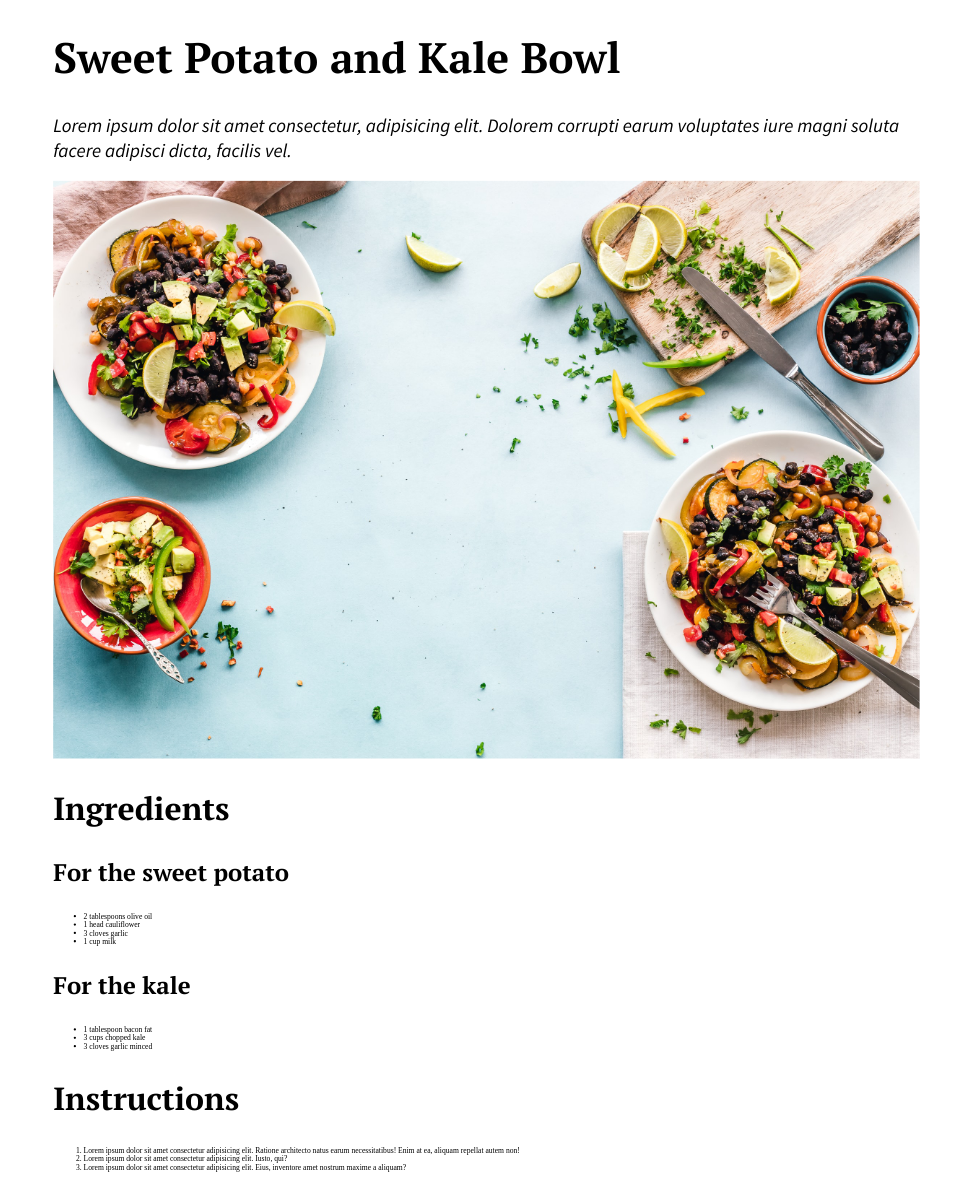
Repository: ZhenyaKu/recipe-art-pages
Page: index.html
The author's editor kept a copy of each file at every save. The page is drawn from the files as they stood at one save, then again after the next save.
The browser window is 1280 px wide. The pictures show the whole page, at 76% of full size.

Above is the page before, as saved 2021-03-15 00:10:28.

### index.html
<!DOCTYPE html>
<html lang="en">
	<head>
		<title>Card</title>
		<meta charset="UTF-8" />
		<meta name="viewport" content="width=device-width, initial-scale=1.0" />
		<link rel="stylesheet" href="css/styles.css" />
		<link rel="preconnect" href="https://fonts.gstatic.com" />
		<link
			href="https://fonts.googleapis.com/css2?family=PT+Serif:ital,wght@0,400;0,700;1,400&family=Source+Sans+Pro:ital,wght@0,400;0,600;0,700;1,400&display=swap"
			rel="stylesheet"
		/>
	</head>
	<body>
		<div class="container">
			<h1>Sweet Potato and Kale Bowl</h1>
			<p class="lead">
				Lorem ipsum dolor sit amet consectetur, adipisicing elit.
				Dolorem corrupti earum voluptates iure magni soluta facere
				adipisci dicta, facilis vel.
			</p>
			<img src="./image/food.jpg" alt="food" />
			<h2>Ingredients</h2>
			<h3>For the sweet potato</h3>
			<ul>
				<li>2 tablespoons olive oil</li>
				<li>1 head cauliflower</li>
				<li>3 cloves garlic</li>
				<li>1 cup milk</li>
			</ul>
			<h3>For the kale</h3>
			<ul>
				<li>1 tablespoon bacon fat</li>
				<li>3 cups chopped kale</li>
				<li>3 cloves garlic minced</li>
			</ul>

			<h2>Instructions</h2>
			<ol>
				<li>
					Lorem ipsum dolor sit amet consectetur adipisicing elit.
					Ratione architecto natus earum necessitatibus! Enim at ea,
					aliquam repellat autem non!
				</li>
				<li>
					Lorem ipsum dolor sit amet consectetur adipisicing elit.
					Iusto, qui?
				</li>
				<li>
					Lorem ipsum dolor sit amet consectetur adipisicing elit.
					Eius, inventore amet nostrum maxime a aliquam?
				</li>
			</ol>
		</div>
	</body>
</html>

### css/styles.css
html {
    font-size: 62.5%;
}

.container {
    max-width: 1140px;
    margin: auto;
}

h1,
h2,
h3 {
    font-family: 'PT Serif', serif;
    color: black;
    font-weight: 900;
    line-height: 1, 1;
}

h1 {
    font-size: 5.61rem;
}

h2 {
    font-size: 4.209rem;
}

h3 {
    font-size: 3.157rem;
}

img {
    width: 100%;
}

.lead {
    font-family: 'Source Sans Pro', sans-serif;
    font-style: italic;
    font-size: 2.5rem;
}

After the next save:
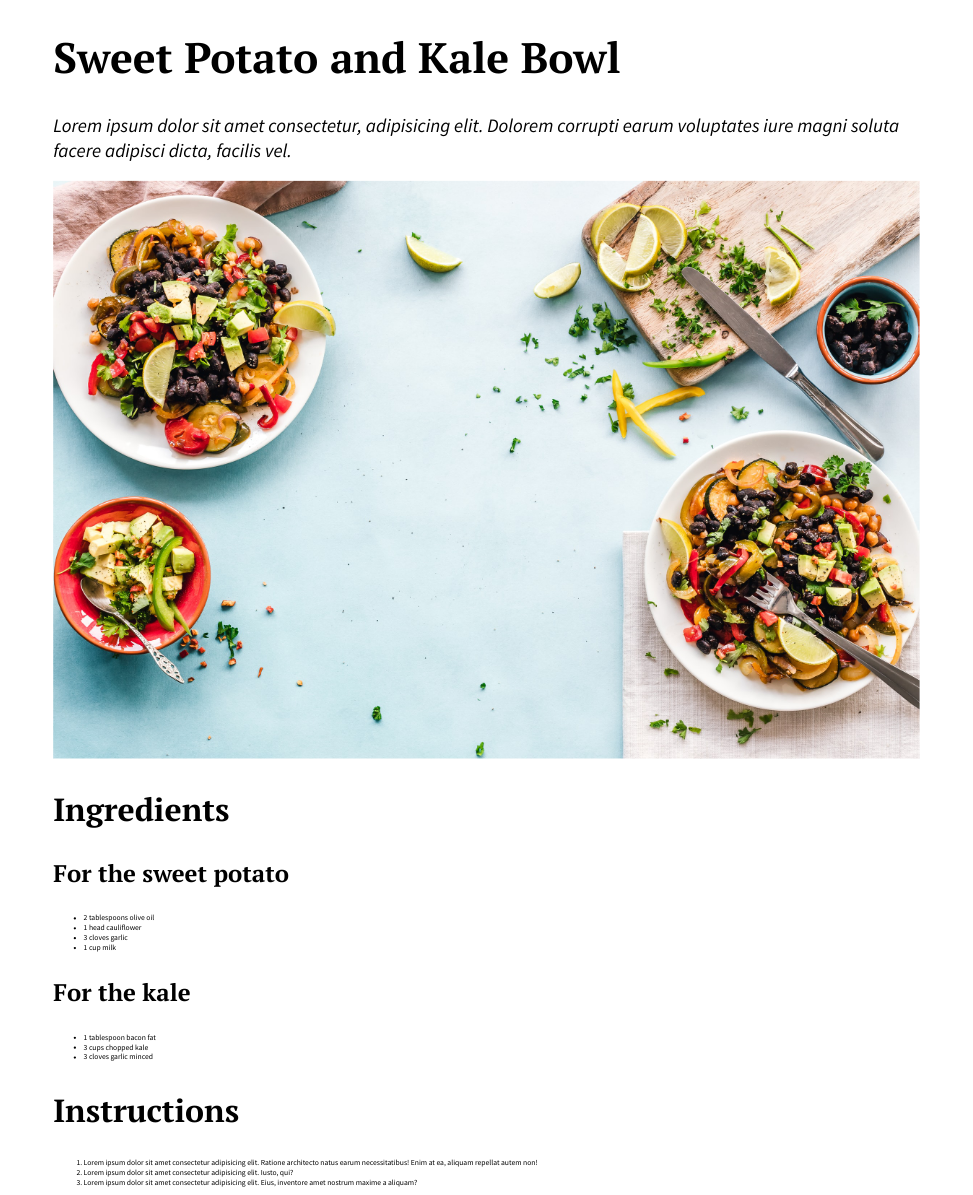
Saved 2 min 7 s later.
--- a/css/styles.css
+++ b/css/styles.css
@@ -1,5 +1,10 @@
 html {
     font-size: 62.5%;
+}
+
+body {
+    font-family: 'Source Sans Pro', sans-serif;
+    font-size: ;
 }
 
 .container {
